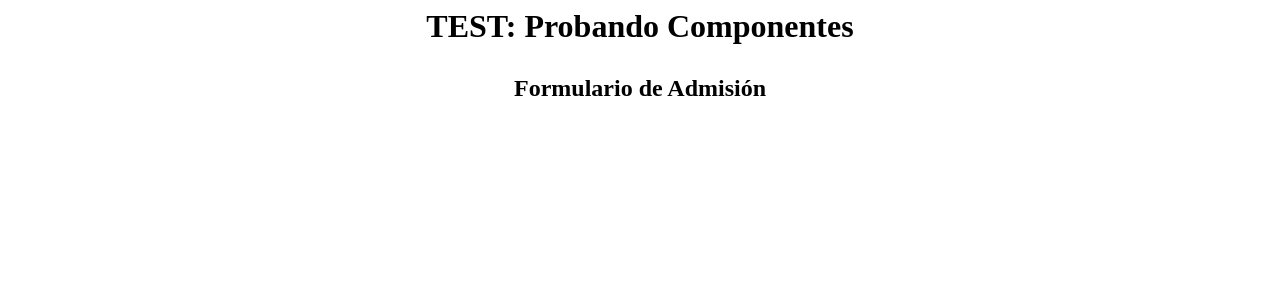
Repository: MatiNicolasur/Academia-de-matematicas
Page: frontend/src/app/app.html
These files come from the project's save history. The page is drawn as it stood at one moment and after a run of saves; the edit follows.
The browser window is 1280 px wide. The pictures show the whole page.

Above is the page before, as saved 2025-11-13 03:25:28.

### frontend/src/app/app.html
<h1 style="text-align: center; margin-bottom: 30px;">
  TEST: Probando Componentes
</h1>

<section style="margin-bottom: 50px;">
  <h2 style="text-align: center;">Formulario de Admisión</h2>
  <app-admision></app-admision>
</section>

After the next 4 saves:
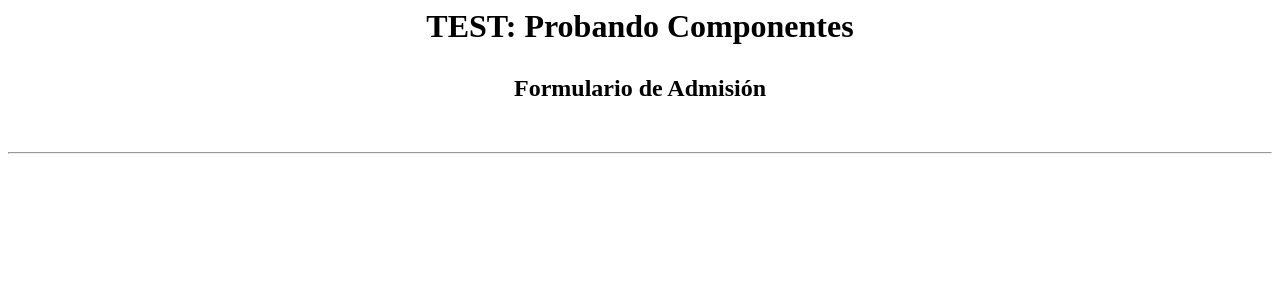
The 4 saves are shown as one change because they came seconds apart.
The last was saved 28 s later.
--- a/frontend/src/app/app.html
+++ b/frontend/src/app/app.html
@@ -6,3 +6,9 @@
   <h2 style="text-align: center;">Formulario de Admisión</h2>
   <app-admision></app-admision>
 </section>
+
+<hr>
+
+<section style="margin-top: 50px;">
+  <h2 style="text-align: center;"></h2>
+</section>
